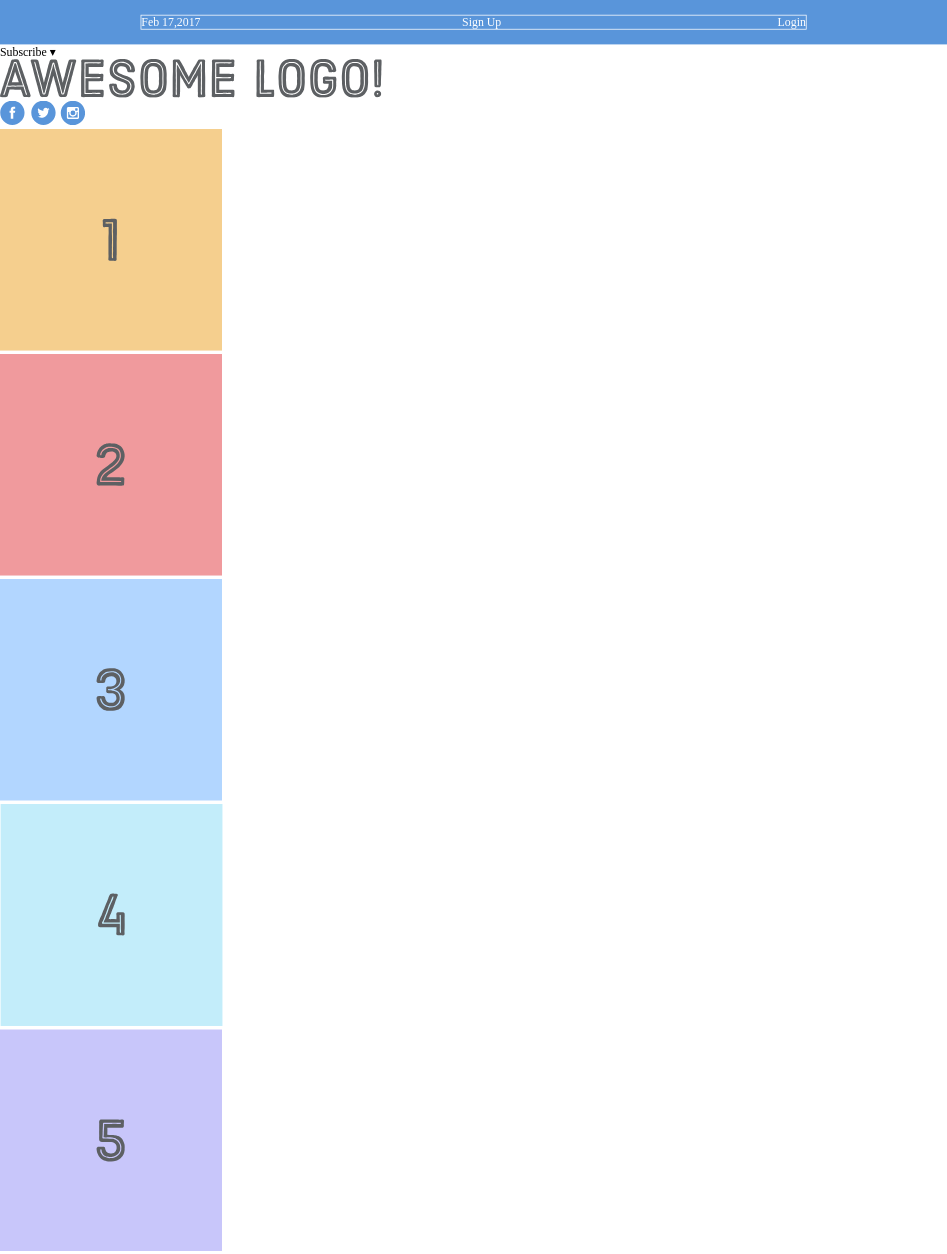
Repository: arkomz/INST377-Lab-Work
Page: client/lab_3/index.html
An editor plug-in stored every save of this project. The page is shown before and after the next save, followed by the edit.
The browser window is 1280 px wide. The pictures show the whole page, at 74% of full size.

Above is the page before, as saved 2021-09-17 13:06:07.

### client/lab_3/index.html
<!DOCTYPE html>
<html lang='en'>
  <head>
    <meta charset='UTF-8'/>
    <title>Some Web Page</title>
    <link rel='stylesheet' href='styles.css'/>
  </head>
  <body>
    <div class='menu-container'>
      <div class='menu'>
        <div class='date'>Feb 17,2017</div>

              <div class='signup'>Sign Up</div>
              <div class='login'>Login</div>

      </div>
      </div>

      <div class='header-container'>
            <div class='header'>
            <div class='subscribe'>Subscribe &#9662;</div>
            <div class='logo'><img src='images/awesome-logo.svg'/></div>
            <div class='social'><img src='images/social-icons.svg'/></div>
          </div>
        </div>

    <div class='photo-grid-container'>
              <div class='photo-grid'>
                <div class='photo-grid-item first-item'>
                  <img src='images/one.svg'/>
                </div>
                <div class='photo-grid-item'>
                  <img src='images/two.svg'/>
                </div>
                <div class='photo-grid-item'>
                  <img src='images/three.svg'/>
                </div>
                <div class='photo-grid-item'>
                  <img src='images/four.svg'/>
                </div>
                <div class='photo-grid-item last-item'>
                  <img src='images/five.svg'/>
                </div>
              </div>
            </div>

            <div class='footer'>
            <div class='footer-item footer-one'></div>
            <div class='footer-item footer-two'></div>
            <div class='footer-item footer-three'></div>
          </div>
  </body>

### client/lab_3/styles.css
* {
    margin: 0;
    padding: 0;
    box-sizing: border-box;
  }

  .menu-container {
    color: #fff;
    background-color: #5995DA;  /* Blue */
    padding: 20px 0;
    display: flex;
    justify-content: center;
  }

  .menu {
    border: 1px solid #fff;
    width: 900px;
    display: flex;
    justify-content: space-between;
  }

  .links {
    border: 1px solid #fff;  /* For debugging */
    display: flex;
    justify-content: flex-end;
  }

  .login {
    margin-left: 20px;
  }

After the next save:
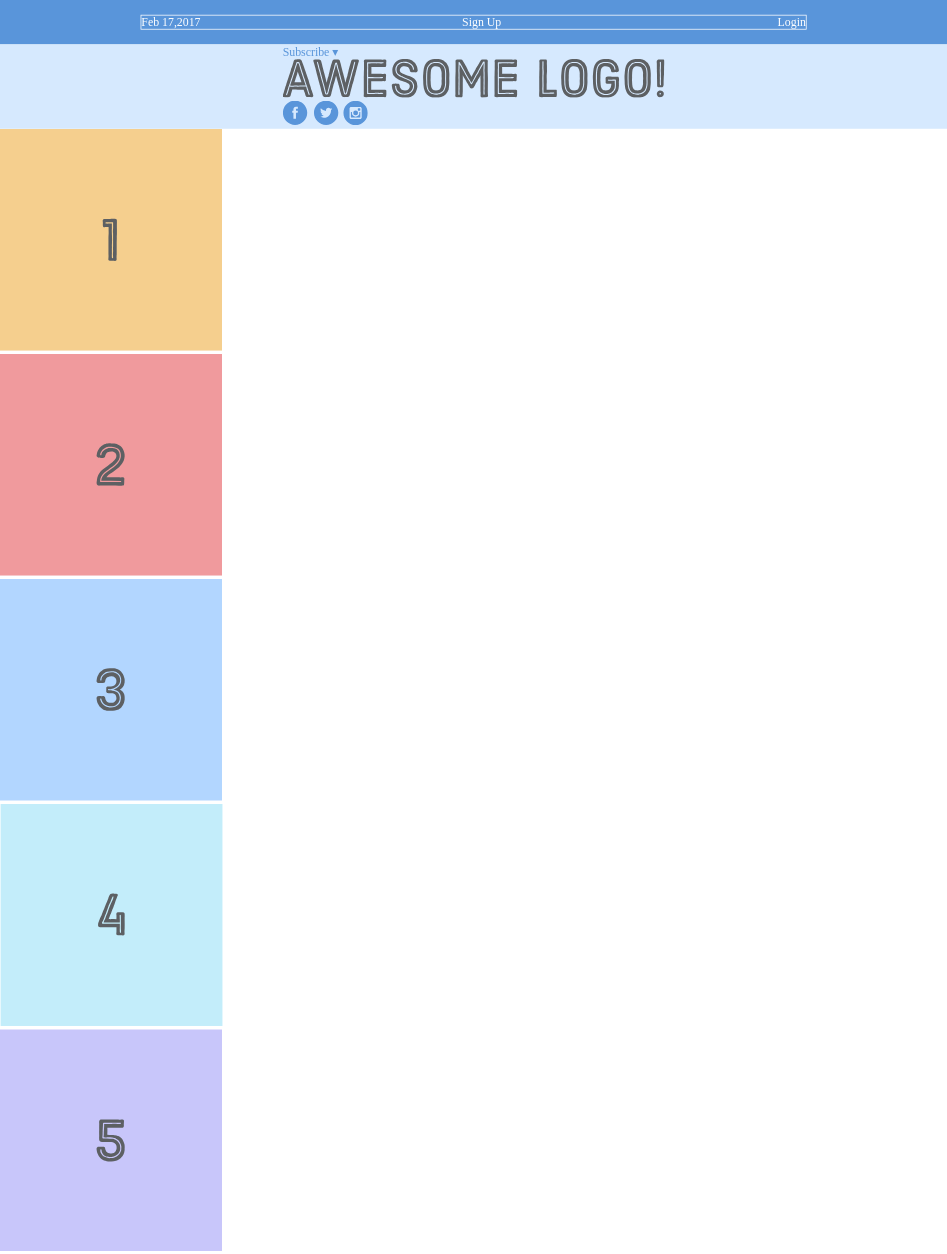
Saved 8 s later.
--- a/client/lab_3/styles.css
+++ b/client/lab_3/styles.css
@@ -28,3 +28,10 @@
   .login {
     margin-left: 20px;
   }
+
+  .header-container {
+    color: #5995DA;
+    background-color: #D6E9FE;
+    display: flex;
+    justify-content: center;
+  }
